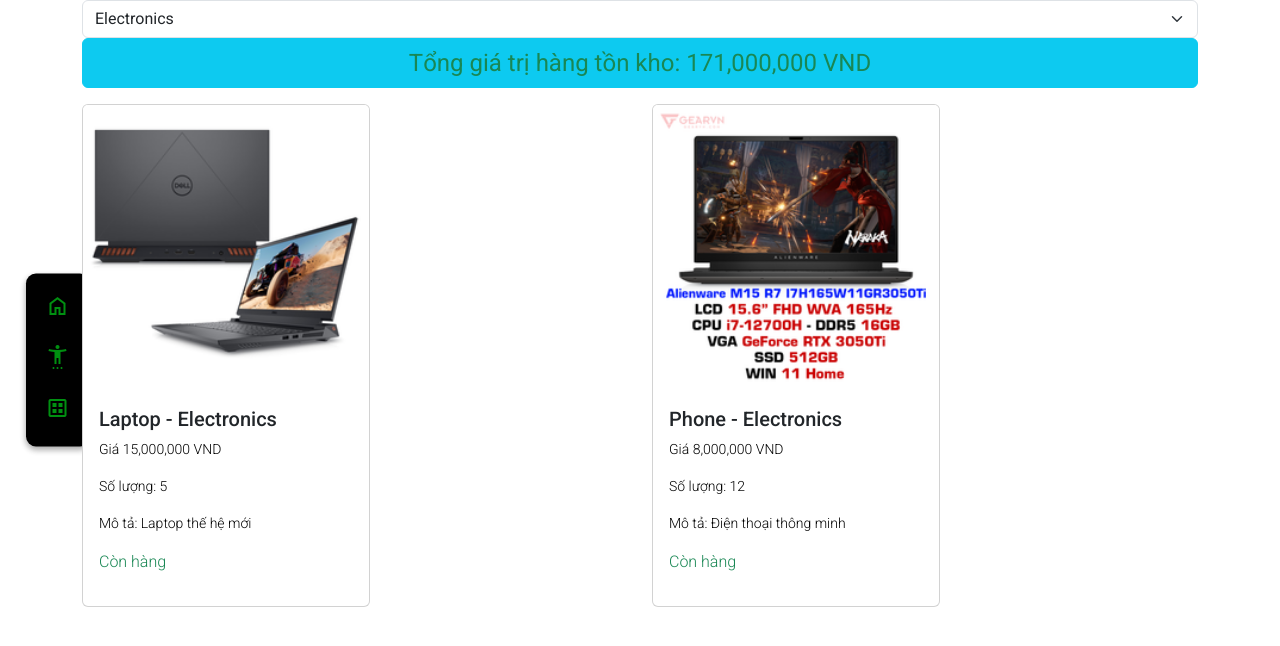
Repository: tuankiet10920/homeworkFEF
Page: /about
The author's editor kept a copy of each file at every save. The page is drawn from the files as they stood at one save, then again after the next save.
The browser window is 1280 px wide. The pictures show the whole page.
The project was rebuilt for these pictures with package versions that can differ from the ones it lists, and the page was loaded fresh each time. Also part of the build but not shown: vite.config.js, src/views/HomeView.vue. Imported but missing from the stored project, and not drawn on this page: src/assets/audio/intro.mp3.

Above is the page before, as saved 2024-10-23 23:31:46.

### index.html
<!doctype html>
<html lang="en">
  <head>
    <meta charset="UTF-8" />
    <link rel="icon" href="/favicon.ico" />
    <meta name="viewport" content="width=device-width, initial-scale=1.0" />
    <link
      href="https://cdn.jsdelivr.net/npm/bootstrap@5.3.3/dist/css/bootstrap.min.css"
      rel="stylesheet"
      integrity="sha384-QWTKZyjpPEjISv5WaRU9OFeRpok6YctnYmDr5pNlyT2bRjXh0JMhjY6hW+ALEwIH"
      crossorigin="anonymous"
    />
    <link
      rel="stylesheet"
      href="https://fonts.googleapis.com/css2?family=Material+Symbols+Outlined:opsz,wght,FILL,GRAD@20..48,100..700,0..1,-50..200"
    />
    <link rel="preconnect" href="https://fonts.googleapis.com" />
    <link rel="preconnect" href="https://fonts.gstatic.com" crossorigin />
    <link
      href="https://fonts.googleapis.com/css2?family=Roboto:ital,wght@0,100;0,300;0,400;0,500;0,700;0,900;1,100;1,300;1,400;1,500;1,700;1,900&display=swap"
      rel="stylesheet"
    />
    <title>Vite App</title>
    <link rel="stylesheet" href="./src/assets/css/main.css" />
  </head>
  <body>
    <div id="app"></div>
    <script
      src="https://cdn.jsdelivr.net/npm/bootstrap@5.3.3/dist/js/bootstrap.bundle.min.js"
      integrity="sha384-YvpcrYf0tY3lHB60NNkmXc5s9fDVZLESaAA55NDzOxhy9GkcIdslK1eN7N6jIeHz"
      crossorigin="anonymous"
    ></script>
    <script type="module" src="/src/main.js"></script>
  </body>
</html>

### src/assets/css/main.css
* {
  margin: 0;
  padding: 0;
  box-sizing: border-box;
  text-decoration: none;
  color: #000;
  font-size: 16px;
  font-family: 'Roboto', sans-serif;
  font-weight: 300;
  font-style: normal;
}

### src/App.vue
<script setup>
import { RouterLink, RouterView } from 'vue-router'
import GetSrcImage from './assets/help/getSrcImage.js'
import Icon from './components/Icon.vue'
</script>

<template>
  <header>
    <div class="wrapper">
      <nav>
        <RouterLink to="/">
          <Icon iconName="home" />
        </RouterLink>

        <RouterLink to="/about">
          <Icon iconName="settings_accessibility" />
        </RouterLink>

        <RouterLink to="/labs">
          <Icon iconName="dataset" />
        </RouterLink>
      </nav>
    </div>
  </header>
  <RouterView />
</template>

<style scoped>
.wrapper nav a {
  margin-bottom: 20px;
  width: fit-content;
  text-decoration: none;
}
.wrapper nav a span {
  color: #009011;
}
.wrapper nav a:last-child {
  margin-bottom: 0;
}
nav {
  display: flex;
  flex-direction: column;
  justify-content: center;
  position: absolute;
  top: 50%;
  left: 2%;
  transform: translateY(-50%);
  padding: 20px;
  border-radius: 10px;
  background: #000;
  box-shadow:
    rgba(0, 0, 0, 0.16) 0px 3px 6px,
    rgba(0, 0, 0, 0.23) 0px 3px 6px;
}
</style>

### src/router/index.js
import { createRouter, createWebHistory } from 'vue-router'
import HomeView from '../views/HomeView.vue'

const router = createRouter({
  history: createWebHistory(import.meta.env.BASE_URL),
  routes: [
    {
      path: '/',
      name: 'home',
      component: HomeView,
    },
    {
      path: '/about',
      name: 'about',
      // route level code-splitting
      // this generates a separate chunk (About.[hash].js) for this route
      // which is lazy-loaded when the route is visited.
      component: () => import('../views/AboutView.vue'),
    },
    {
      path: '/labs',
      name: 'labs',
      component: () => import('../views/LabView.vue'),
    }
  ],
})

export default router

### src/assets/help/getSrcImage.js
const getSrcImage = (image) => {
    let __path = 'http://localhost:5173/src/assets/img/'
    return __path + image
}
export default getSrcImage

### src/components/Icon.vue
<script setup>
const props = defineProps(['iconName'])
</script>
<template>
  <span class="material-symbols-outlined"> {{ props.iconName }} </span>
</template>
<style scoped></style>

### src/views/AboutView.vue
<script setup>
import Bai4 from '../Labs/Lab3/Bai4.vue'
</script>
<template>
  <Bai4 />
</template>

<style></style>

### src/Labs/Lab3/Bai4.vue
<script setup>
import { reactive, ref, computed } from 'vue'
import getSrcImage from '@/assets/help/getSrcImage'
const product = reactive([
  {
    id: 1,
    name: 'Laptop',
    price: 15000000,
    quantity: 5,
    category: 'Electronics',
    inStock: true,
    description: 'Laptop thế hệ mới',
    imageUrl: 'alienware-g15.webp',
  },
  {
    id: 2,
    name: 'Phone',
    price: 8000000,
    quantity: 12,
    category: 'Electronics',
    inStock: true,
    description: 'Điện thoại thông minh',
    imageUrl: 'alienware-m15.webp',
  },
  {
    id: 3,
    name: 'Headphone',
    price: 2000000,
    quantity: 1,
    category: 'Accessories',
    inStock: true,
    description: 'Tai nghe chất lượng cao',
    imageUrl: 'alienware-r2.avif',
  },
])

const selectedCategory = ref('Electronics')

const filterProductList = computed(() => {
  if (!selectedCategory.value) {
    return product
  }
  return product.filter(item => item.category === selectedCategory.value)
})

const totalStockValue = computed(() => {
  return filterProductList.value.reduce((total, product) => {
    return product.inStock ? total + product.price * product.quantity : total
  }, 0)
})
</script>
<template>
  <div class="container">
    <select
      class="form-select"
      v-model="selectedCategory"
      aria-label="Default select example"
    >
      <option value="">Tất cả</option>
      <option value="Electronics">Electronics</option>
      <option value="Accessories">Accessories</option>
    </select>
    <p class="text-success btn btn-info fs-4" style="width: 100%">
      Tổng giá trị hàng tồn kho: {{ totalStockValue.toLocaleString() }} VND
    </p>
    <div class="row">
      <div class="col" v-for="item in filterProductList">
        <div class="card" style="width: 18rem">
          <img
            :src="getSrcImage(item.imageUrl)"
            class="card-img-top"
            alt="alienware-g15"
          />
          <div class="card-body">
            <h5 class="card-title">{{ item.name }} - {{ item.category }}</h5>
            <p class="card-text">Giá {{ item.price.toLocaleString() }} VND</p>
            <p class="card-text">Số lượng: {{ item.quantity }}</p>
            <p class="card-text">Mô tả: {{ item.description }}</p>
            <p
              :class="{
                'text-danger': !item.inStock,
                'text-success': item.inStock,
              }"
              v-html="item.inStock ? 'Còn hàng' : 'Hết hàng'"
            ></p>
          </div>
        </div>
      </div>
    </div>
  </div>
</template>
<style scoped>
.card-text {
  font-size: 14px;
}
.btn {
  font-size: 8px;
}
</style>

Loaded but not shown: src/main.js (common file)

After the next save:
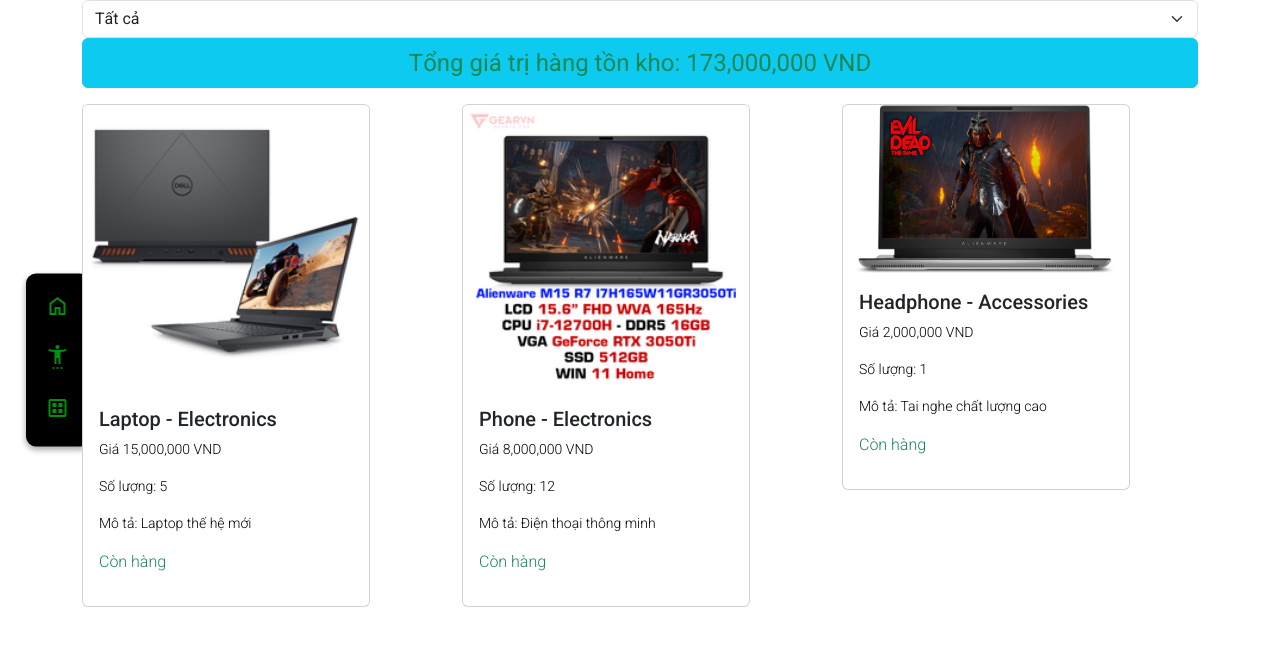
Saved 35 s later.
--- a/src/Labs/Lab3/Bai4.vue
+++ b/src/Labs/Lab3/Bai4.vue
@@ -34,7 +34,7 @@ const product = reactive([
   },
 ])
 
-const selectedCategory = ref('Electronics')
+const selectedCategory = ref('')
 
 const filterProductList = computed(() => {
   if (!selectedCategory.value) {
